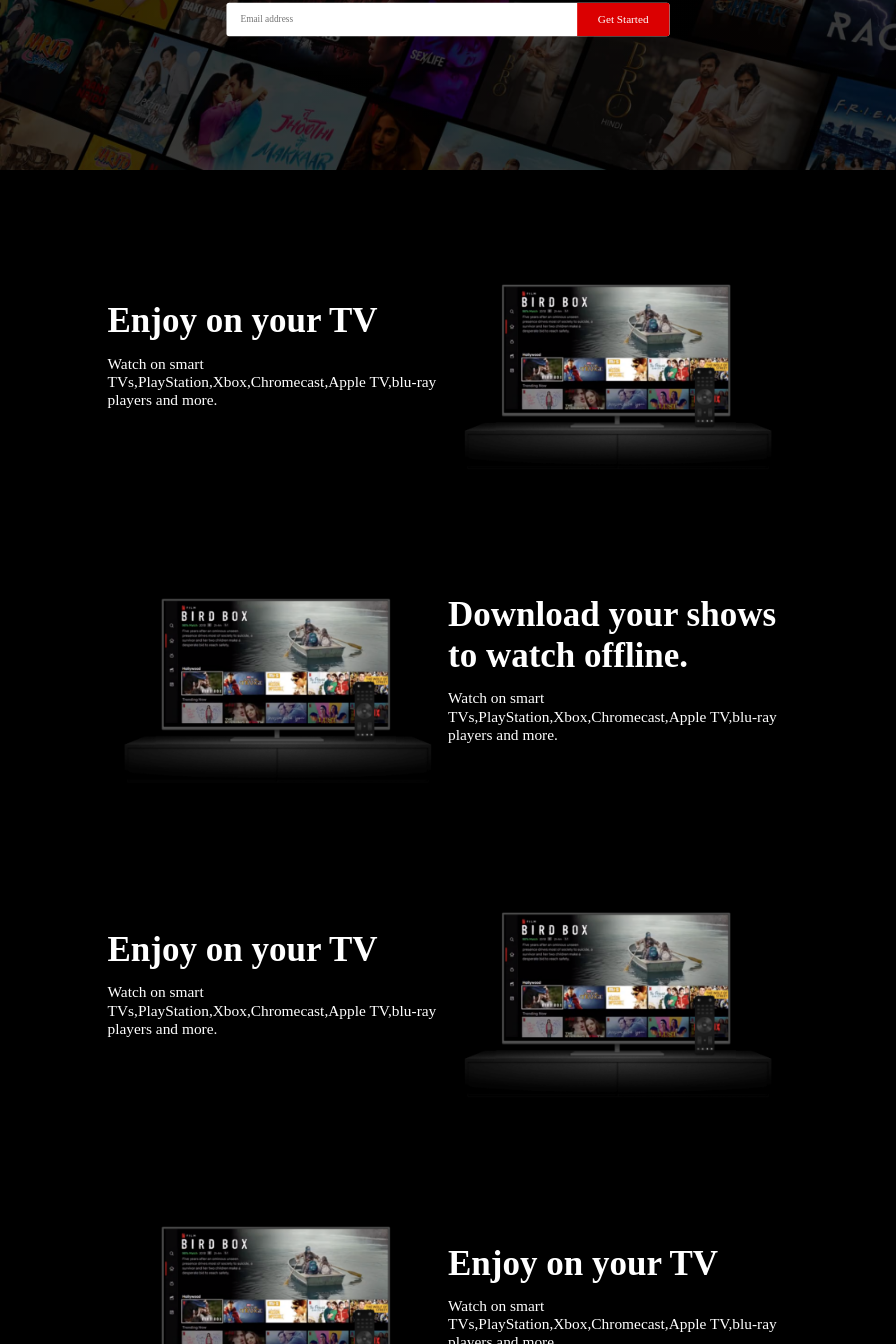
Repository: kiranjeetkaur01/netflixclone.github.io
Page: index.html
These files come from the project's save history. The page is drawn as it stood at one moment and after the next save; the edit follows.
The browser window is 1280 px wide. The pictures show the part of the page from y = 477 to 2397 px (the page is 2614 px tall), at 70% of full size.

Above is the page before, as saved 2023-09-11 17:55:02.

After the next save:
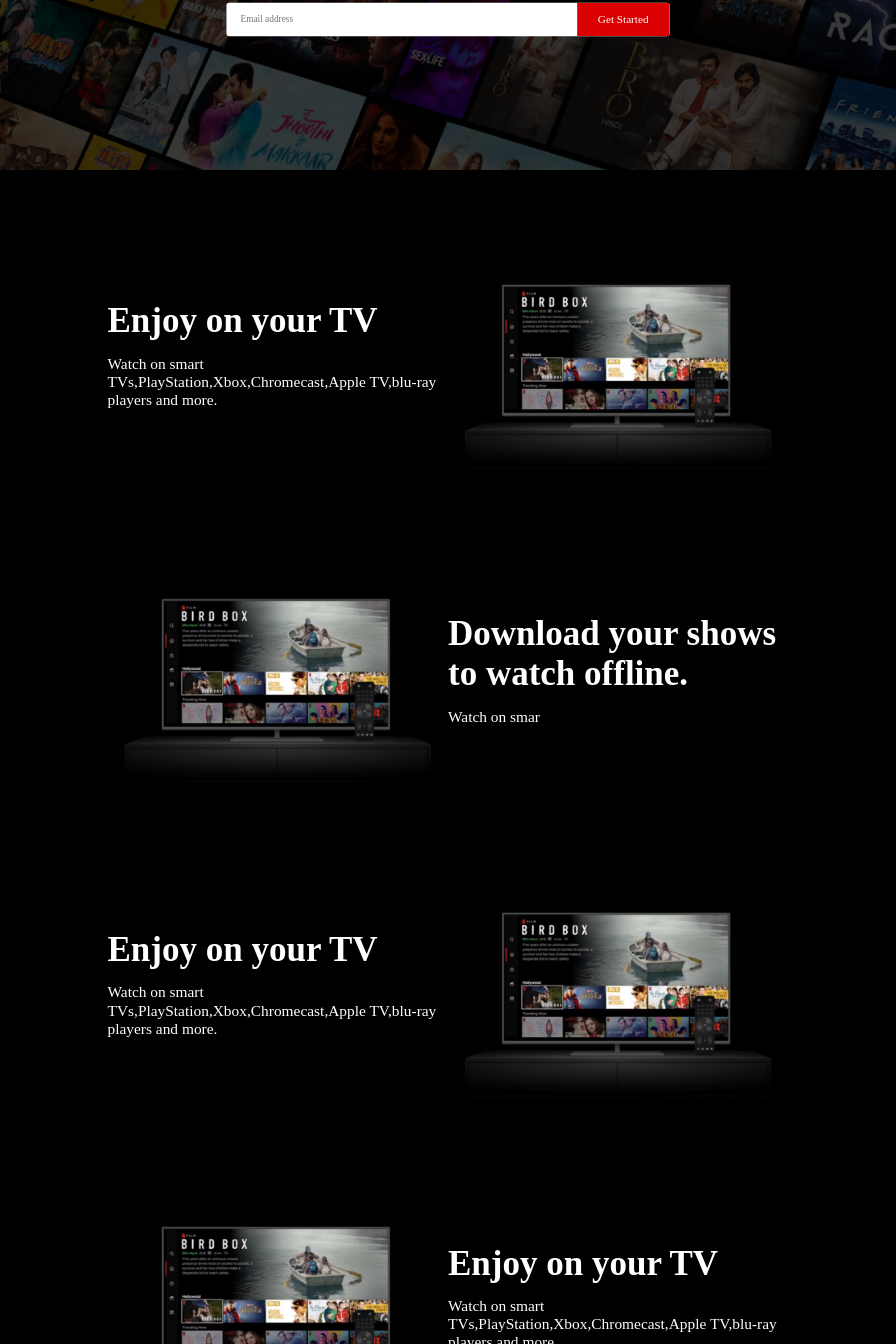
Saved 20 s later.
--- a/index.html
+++ b/index.html
@@ -42,7 +42,7 @@
         </div>
         <div class="text-col">
             <h2>Download your shows to watch offline.</h2>
-            <P>Watch on smart TVs,PlayStation,Xbox,Chromecast,Apple TV,blu-ray players and more.</P>
+            <P>Watch on smar</P>
         </div>
 
     </div>
